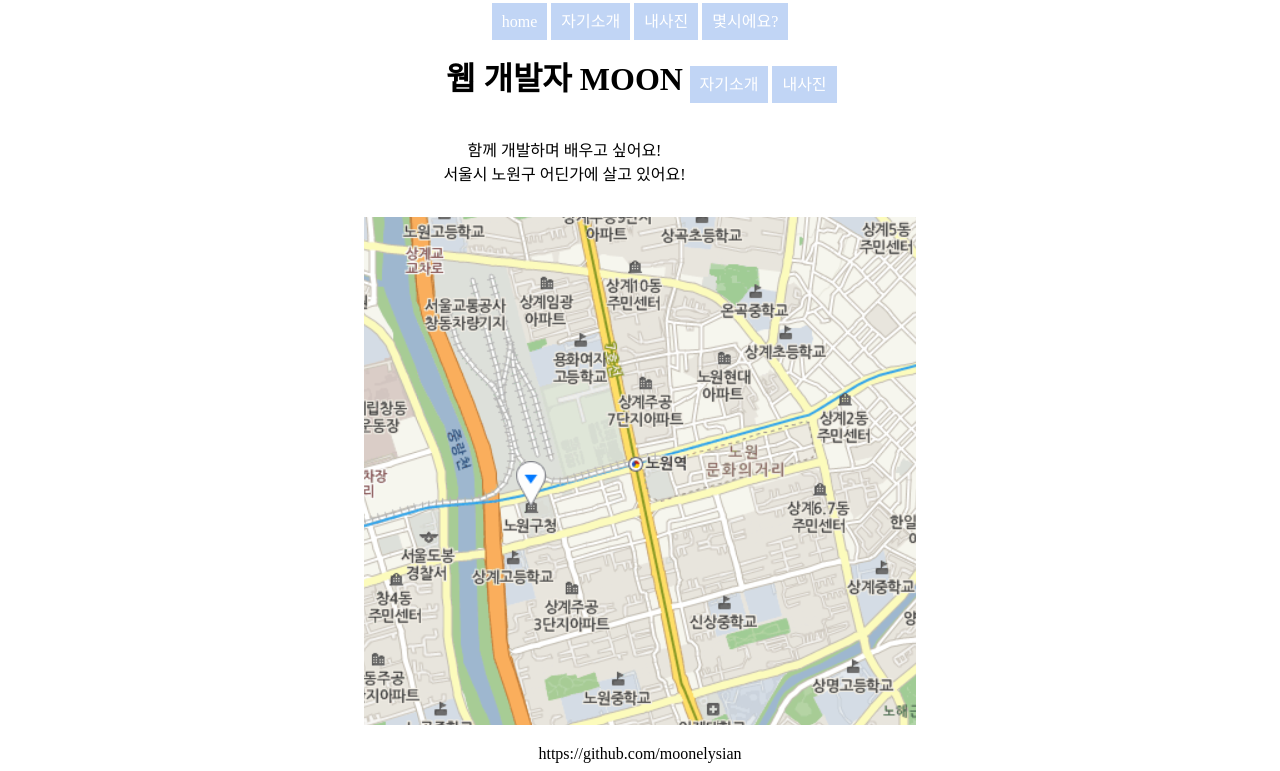
Repository: moonelysian/edwith-
Page: BE_PJT1-1/WebContent/index.html
An editor plug-in stored every save of this project. The page is shown before and after the next save, followed by the edit.
The browser window is 1280 px wide. The pictures show the whole page.

Above is the page before, as saved 2019-08-07 05:39:32.

After the next save:
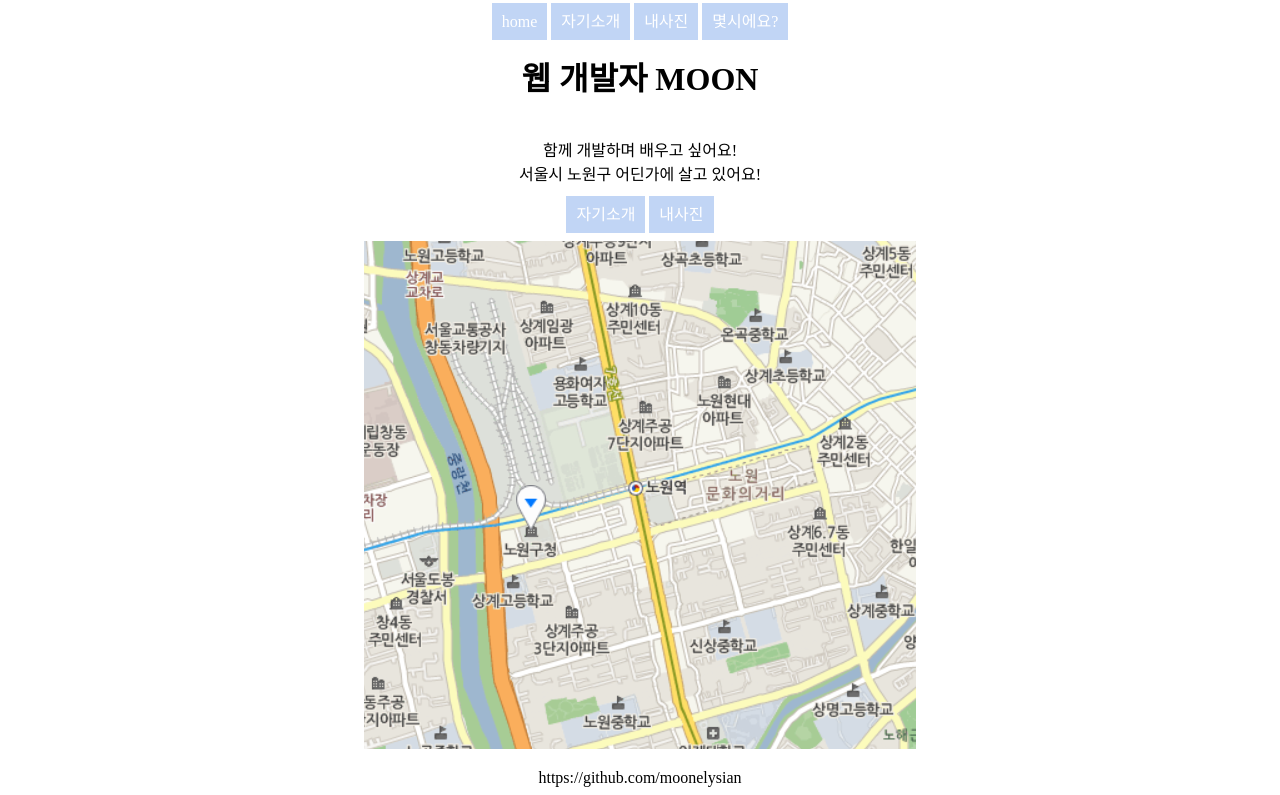
Saved 70 s later.
--- a/BE_PJT1-1/WebContent/index.html
+++ b/BE_PJT1-1/WebContent/index.html
@@ -19,7 +19,8 @@
 			함께 개발하며 배우고 싶어요!</br>
 			서울시 노원구 어딘가에 살고 있어요!
 			</p>
-			</div>
+		</div>
+		</br>
 			<a href="aboutme.html">자기소개</a>
 			<a href="picture.html">내사진</a>
 			<p>
